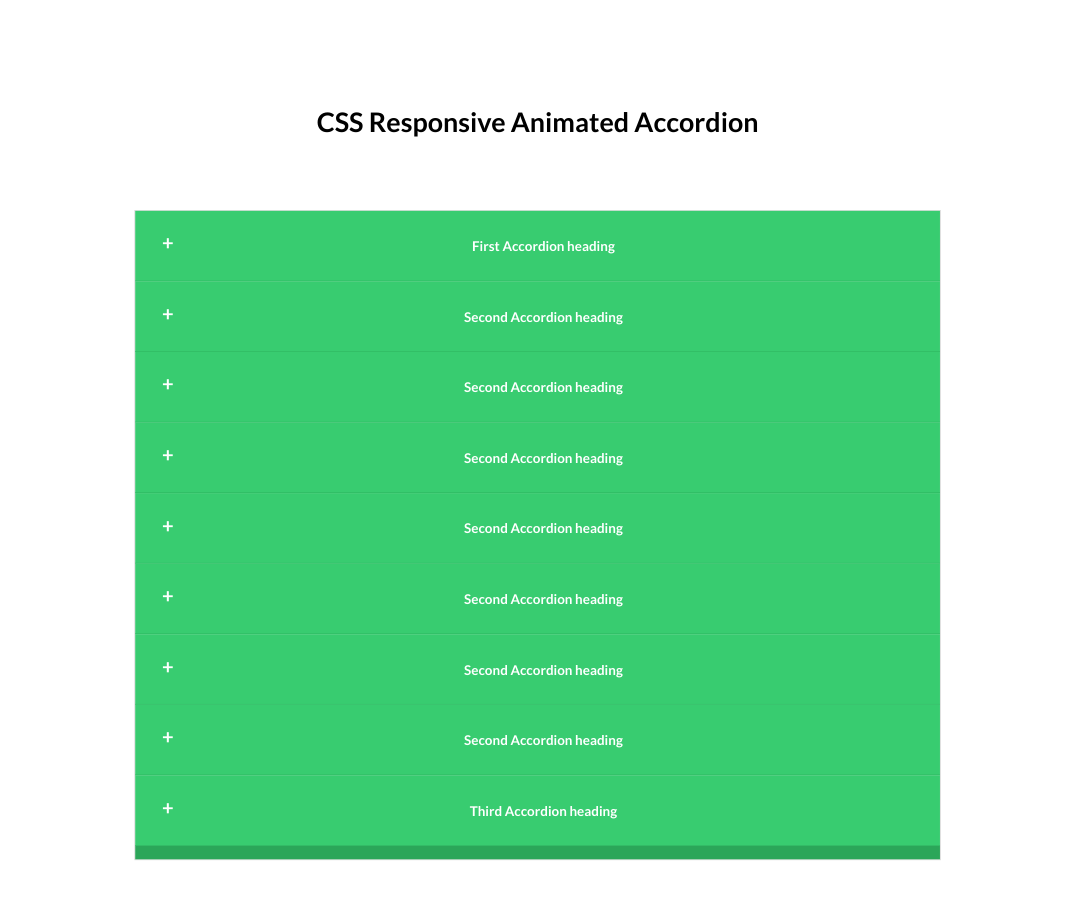
Repository: Imprasna/personalperform
Page: index.html
An editor plug-in stored every save of this project. The page is shown before and after the next save, followed by the edit.
The browser window is 1280 px wide. The pictures show the whole page, at 84% of full size.
The style sheet was rebuilt from its Sass, Less or Tailwind sources for each picture, by a compiler version that may differ from the author's.

Above is the page before, as saved 2021-12-30 22:15:10.

### index.html
<!DOCTYPE html>
<html lang="en">

<head>
    <meta charset="UTF-8">
    <meta http-equiv="X-UA-Compatible" content="IE=edge">
    <meta name="viewport" content="width=device-width, initial-scale=1.0">
    <link rel="stylesheet" href="css/accordion.css">
    <title>Prasanna's Performance Tests</title>
</head>

<body>
    <div class="container">
        <h1 class="heading-primary">CSS Responsive Animated Accordion</h1>
        <div class="accordion">
            <dl>
                <dt>
                    <a href="#accordion1" aria-expanded="false" aria-controls="accordion1"
                        class="accordion-title accordionTitle js-accordionTrigger">First Accordion heading</a>
                </dt>
                <dd class="accordion-content accordionItem is-collapsed" id="accordion1" aria-hidden="true">
                    <p>Lorem ipsum dolor sit amet, consectetur <a href="https://www.google.com">Test</a>adipiscing elit.
                        Morbi eu interdum diam. Donec interdum porttitor risus non bibendum. Maecenas sollicitudin eros
                        in quam imperdiet placerat. Cras justo purus, rhoncus nec lobortis ut, iaculis vel ipsum. Donec
                        dignissim arcu nec elit faucibus condimentum. Donec facilisis consectetur enim sit amet varius.
                        Pellentesque justo dui, sodales quis luctus a, iaculis eget mauris. </p>
                    <p>Aliquam dapibus, ante quis fringilla feugiat, mauris risus condimentum massa, at elementum libero
                        quam ac ligula. Pellentesque at rhoncus dolor. Duis porttitor nibh ut lobortis aliquam. Nullam
                        eu dolor venenatis mauris placerat tristique eget id dolor. Quisque blandit adipiscing erat
                        vitae dapibus. Nulla aliquam magna nec elementum tincidunt.</p>
                </dd>
                <dt>
                    <a href="#accordion2" aria-expanded="false" aria-controls="accordion2"
                        class="accordion-title accordionTitle js-accordionTrigger">
                        Second Accordion heading</a>
                </dt>
                <dd class="accordion-content accordionItem is-collapsed" id="accordion2" aria-hidden="true">
                    <p>Lorem ipsum dolor sit amet, consectetur adipiscing elit. Morbi eu interdum diam. Donec interdum
                        porttitor risus non bibendum. Maecenas sollicitudin eros in quam imperdiet placerat. Cras justo
                        purus, rhoncus nec lobortis ut, iaculis vel ipsum. Donec dignissim arcu nec elit faucibus
                        condimentum. Donec facilisis consectetur enim sit amet varius. Pellentesque justo dui, sodales
                        quis luctus a, iaculis eget mauris. </p>
                    <p>Aliquam dapibus, ante quis fringilla feugiat, mauris risus condimentum massa, at elementum libero
                        quam ac ligula. Pellentesque at rhoncus dolor. Duis porttitor nibh ut lobortis aliquam. Nullam
                        eu dolor venenatis mauris placerat tristique eget id dolor. Quisque blandit adipiscing erat
                        vitae dapibus. Nulla aliquam magna nec elementum tincidunt.</p>
                </dd>
                <dt>
                    <a href="#accordion2" aria-expanded="false" aria-controls="accordion2"
                        class="accordion-title accordionTitle js-accordionTrigger">
                        Second Accordion heading</a>
                </dt>
                <dd class="accordion-content accordionItem is-collapsed" id="accordion2" aria-hidden="true">
                    <p>Lorem ipsum dolor sit amet, consectetur adipiscing elit. Morbi eu interdum diam. Donec interdum
                        porttitor risus non bibendum. Maecenas sollicitudin eros in quam imperdiet placerat. Cras justo
                        purus, rhoncus nec lobortis ut, iaculis vel ipsum. Donec dignissim arcu nec elit faucibus
                        condimentum. Donec facilisis consectetur enim sit amet varius. Pellentesque justo dui, sodales
                        quis luctus a, iaculis eget mauris. </p>
                    <p>Aliquam dapibus, ante quis fringilla feugiat, mauris risus condimentum massa, at elementum libero
                        quam ac ligula. Pellentesque at rhoncus dolor. Duis porttitor nibh ut lobortis aliquam. Nullam
                        eu dolor venenatis mauris placerat tristique eget id dolor. Quisque blandit adipiscing erat
                        vitae dapibus. Nulla aliquam magna nec elementum tincidunt.</p>
                </dd>
                <dt>
                    <a href="#accordion2" aria-expanded="false" aria-controls="accordion2"
                        class="accordion-title accordionTitle js-accordionTrigger">
                        Second Accordion heading</a>
                </dt>
                <dd class="accordion-content accordionItem is-collapsed" id="accordion2" aria-hidden="true">
                    <p>Lorem ipsum dolor sit amet, consectetur adipiscing elit. Morbi eu interdum diam. Donec interdum
                        porttitor risus non bibendum. Maecenas sollicitudin eros in quam imperdiet placerat. Cras justo
                        purus, rhoncus nec lobortis ut, iaculis vel ipsum. Donec dignissim arcu nec elit faucibus
                        condimentum. Donec facilisis consectetur enim sit amet varius. Pellentesque justo dui, sodales
                        quis luctus a, iaculis eget mauris. </p>
                    <p>Aliquam dapibus, ante quis fringilla feugiat, mauris risus condimentum massa, at elementum libero
                        quam ac ligula. Pellentesque at rhoncus dolor. Duis porttitor nibh ut lobortis aliquam. Nullam
                        eu dolor venenatis mauris placerat tristique eget id dolor. Quisque blandit adipiscing erat
                        vitae dapibus. Nulla aliquam magna nec elementum tincidunt.</p>
                </dd>
                <dt>
                    <a href="#accordion2" aria-expanded="false" aria-controls="accordion2"
                        class="accordion-title accordionTitle js-accordionTrigger">
                        Second Accordion heading</a>
                </dt>
                <dd class="accordion-content accordionItem is-collapsed" id="accordion2" aria-hidden="true">
                    <p>Lorem ipsum dolor sit amet, consectetur adipiscing elit. Morbi eu interdum diam. Donec interdum
                        porttitor risus non bibendum. Maecenas sollicitudin eros in quam imperdiet placerat. Cras justo
                        purus, rhoncus nec lobortis ut, iaculis vel ipsum. Donec dignissim arcu nec elit faucibus
                        condimentum. Donec facilisis consectetur enim sit amet varius. Pellentesque justo dui, sodales
                        quis luctus a, iaculis eget mauris. </p>
                    <p>Aliquam dapibus, ante quis fringilla feugiat, mauris risus condimentum massa, at elementum libero
                        quam ac ligula. Pellentesque at rhoncus dolor. Duis porttitor nibh ut lobortis aliquam. Nullam
                        eu dolor venenatis mauris placerat tristique eget id dolor. Quisque blandit adipiscing erat
                        vitae dapibus. Nulla aliquam magna nec elementum tincidunt.</p>
                </dd>
                <dt>
                    <a href="#accordion2" aria-expanded="false" aria-controls="accordion2"
                        class="accordion-title accordionTitle js-accordionTrigger">
                        Second Accordion heading</a>
                </dt>
                <dd class="accordion-content accordionItem is-collapsed" id="accordion2" aria-hidden="true">
                    <p>Lorem ipsum dolor sit amet, consectetur adipiscing elit. Morbi eu interdum diam. Donec interdum
                        porttitor risus non bibendum. Maecenas sollicitudin eros in quam imperdiet placerat. Cras justo
                        purus, rhoncus nec lobortis ut, iaculis vel ipsum. Donec dignissim arcu nec elit faucibus
                        condimentum. Donec facilisis consectetur enim sit amet varius. Pellentesque justo dui, sodales
                        quis luctus a, iaculis eget mauris. </p>
                    <p>Aliquam dapibus, ante quis fringilla feugiat, mauris risus condimentum massa, at elementum libero
                        quam ac ligula. Pellentesque at rhoncus dolor. Duis porttitor nibh ut lobortis aliquam. Nullam
                        eu dolor venenatis mauris placerat tristique eget id dolor. Quisque blandit adipiscing erat
                        vitae dapibus. Nulla aliquam magna nec elementum tincidunt.</p>
                </dd>
                <dt>
                    <a href="#accordion2" aria-expanded="false" aria-controls="accordion2"
                        class="accordion-title accordionTitle js-accordionTrigger">
                        Second Accordion heading</a>
                </dt>
                <dd class="accordion-content accordionItem is-collapsed" id="accordion2" aria-hidden="true">
                    <p>Lorem ipsum dolor sit amet, consectetur adipiscing elit. Morbi eu interdum diam. Donec interdum
                        porttitor risus non bibendum. Maecenas sollicitudin eros in quam imperdiet placerat. Cras justo
                        purus, rhoncus nec lobortis ut, iaculis vel ipsum. Donec dignissim arcu nec elit faucibus
                        condimentum. Donec facilisis consectetur enim sit amet varius. Pellentesque justo dui, sodales
                        quis luctus a, iaculis eget mauris. </p>
                    <p>Aliquam dapibus, ante quis fringilla feugiat, mauris risus condimentum massa, at elementum libero
                        quam ac ligula. Pellentesque at rhoncus dolor. Duis porttitor nibh ut lobortis aliquam. Nullam
                        eu dolor venenatis mauris placerat tristique eget id dolor. Quisque blandit adipiscing erat
                        vitae dapibus. Nulla aliquam magna nec elementum tincidunt.</p>
                </dd>
                <dt>
                    <a href="#accordion2" aria-expanded="false" aria-controls="accordion2"
                        class="accordion-title accordionTitle js-accordionTrigger">
                        Second Accordion heading</a>
                </dt>
                <dd class="accordion-content accordionItem is-collapsed" id="accordion2" aria-hidden="true">
                    <p>Lorem ipsum dolor sit amet, consectetur adipiscing elit. Morbi eu interdum diam. Donec interdum
                        porttitor risus non bibendum. Maecenas sollicitudin eros in quam imperdiet placerat. Cras justo
                        purus, rhoncus nec lobortis ut, iaculis vel ipsum. Donec dignissim arcu nec elit faucibus
                        condimentum. Donec facilisis consectetur enim sit amet varius. Pellentesque justo dui, sodales
                        quis luctus a, iaculis eget mauris. </p>
                    <p>Aliquam dapibus, ante quis fringilla feugiat, mauris risus condimentum massa, at elementum libero
                        quam ac ligula. Pellentesque at rhoncus dolor. Duis porttitor nibh ut lobortis aliquam. Nullam
                        eu dolor venenatis mauris placerat tristique eget id dolor. Quisque blandit adipiscing erat
                        vitae dapibus. Nulla aliquam magna nec elementum tincidunt.</p>
                </dd>
                <dt>
                    <a href="#accordion3" aria-expanded="false" aria-controls="accordion3"
                        class="accordion-title accordionTitle js-accordionTrigger">
                        Third Accordion heading
                    </a>
                </dt>
                <dd class="accordion-content accordionItem is-collapsed" id="accordion3" aria-hidden="true">
                    <p>Lorem ipsum dolor sit amet, consectetur adipiscing elit. Morbi eu interdum diam. Donec interdum
                        porttitor risus non bibendum. Maecenas sollicitudin eros in quam imperdiet placerat. Cras justo
                        purus, rhoncus nec lobortis ut, iaculis vel ipsum. Donec dignissim arcu nec elit faucibus
                        condimentum. Donec facilisis consectetur enim sit amet varius. Pellentesque justo dui, sodales
                        quis luctus a, iaculis eget mauris. </p>
                    <p>Aliquam dapibus, ante quis fringilla feugiat, mauris risus condimentum massa, at elementum libero
                        quam ac ligula. Pellentesque at rhoncus dolor. Duis porttitor nibh ut lobortis aliquam. Nullam
                        eu dolor venenatis mauris placerat tristique eget id dolor. Quisque blandit adipiscing erat
                        vitae dapibus. Nulla aliquam magna nec elementum tincidunt.</p>
                </dd>
            </dl>
        </div>
    </div>

    <script src="app.js"></script>
</body>

</html>

### app.js
//uses classList, setAttribute, and querySelectorAll
//if you want this to work in IE8/9 youll need to polyfill these
(function(){
	var d = document,
	accordionToggles = d.querySelectorAll('.js-accordionTrigger'),
	setAria,
	setAccordionAria,
	switchAccordion,
  touchSupported = ('ontouchstart' in window),
  pointerSupported = ('pointerdown' in window);

  skipClickDelay = function(e){
    e.preventDefault();
    e.target.click();
  }

		setAriaAttr = function(el, ariaType, newProperty){
		el.setAttribute(ariaType, newProperty);
	};
	setAccordionAria = function(el1, el2, expanded){
		switch(expanded) {
      case "true":
      	setAriaAttr(el1, 'aria-expanded', 'true');
      	setAriaAttr(el2, 'aria-hidden', 'false');
      	break;
      case "false":
      	setAriaAttr(el1, 'aria-expanded', 'false');
      	setAriaAttr(el2, 'aria-hidden', 'true');
      	break;
      default:
				break;
		}
	};
//function
switchAccordion = function(e) {
  console.log("triggered");
	e.preventDefault();
	var thisAnswer = e.target.parentNode.nextElementSibling;
	var thisQuestion = e.target;
	if(thisAnswer.classList.contains('is-collapsed')) {
		setAccordionAria(thisQuestion, thisAnswer, 'true');
	} else {
		setAccordionAria(thisQuestion, thisAnswer, 'false');
	}
  	thisQuestion.classList.toggle('is-collapsed');
  	thisQuestion.classList.toggle('is-expanded');
		thisAnswer.classList.toggle('is-collapsed');
		thisAnswer.classList.toggle('is-expanded');

  	thisAnswer.classList.toggle('animateIn');
	};
	for (var i=0,len=accordionToggles.length; i<len; i++) {
		if(touchSupported) {
      accordionToggles[i].addEventListener('touchstart', skipClickDelay, false);
    }
    if(pointerSupported){
      accordionToggles[i].addEventListener('pointerdown', skipClickDelay, false);
    }
    accordionToggles[i].addEventListener('click', switchAccordion, false);
  }
})();

### accordion.scss

//updated ver
* {
    box-sizing:border-box;
  }
  @import url(https://fonts.googleapis.com/css?family=Lato:400,700);
  body {

    font-family:'Lato';
  }
  .heading-primary {
    font-size:2em;
    padding:2em;
    text-align:center;
  }
  .accordion dl,
  .accordion-list {
     border:1px solid #ddd;
     &:after {
         content: "";
         display:block;
         height:1em;
         width:100%;
         background-color:darken(#38cc70, 10%);
       }
  }
  .accordion dd,
  .accordion__panel {
     background-color:#eee;
     font-size:1em;
     line-height:1.5em;
  }
  .accordion p {
    padding:1em 2em 1em 2em;
  }

  .accordion {
      position:relative;
      background-color:#eee;
  }
  .container {
    max-width:960px;
    margin:0 auto;
    padding:2em 0 2em 0;
  }
  .accordionTitle,
  .accordion__Heading {
   background-color:#38cc70;
     text-align:center;
       font-weight:700;
            padding:2em;
            display:block;
            text-decoration:none;
            color:#fff;
            transition:background-color 0.5s ease-in-out;
    border-bottom:1px solid darken(#38cc70, 5%);
    &:before {
     content: "+";
     font-size:1.5em;
     line-height:0.5em;
     float:left;
     transition: transform 0.3s ease-in-out;
    }
    &:hover {
      background-color:darken(#38cc70, 10%);
    }
  }
  .accordionTitleActive,
  .accordionTitle.is-expanded {
     background-color:darken(#38cc70, 10%);
      &:before {

        transform:rotate(-225deg);
      }
  }
  .accordionItem {
      height:auto;
      overflow:hidden;
      //SHAME: magic number to allow the accordion to animate

       max-height:50em;
      transition:max-height 1s;


      @media screen and (min-width:48em) {
           max-height:15em;
          transition:max-height 0.5s

      }


  }

  .accordionItem.is-collapsed {
      max-height:0;
  }
  .no-js .accordionItem.is-collapsed {
    max-height: auto;
  }
  .animateIn {
       animation: accordionIn 0.45s normal ease-in-out both 1;
  }
  .animateOut {
       animation: accordionOut 0.45s alternate ease-in-out both 1;
  }
  @keyframes accordionIn {
    0% {
      opacity: 0;
      transform:scale(0.9) rotateX(-60deg);
      transform-origin: 50% 0;
    }
    100% {
      opacity:1;
      transform:scale(1);
    }
  }

  @keyframes accordionOut {
      0% {
         opacity: 1;
         transform:scale(1);
       }
       100% {
            opacity:0;
             transform:scale(0.9) rotateX(-60deg);
         }
  }

After the next save:
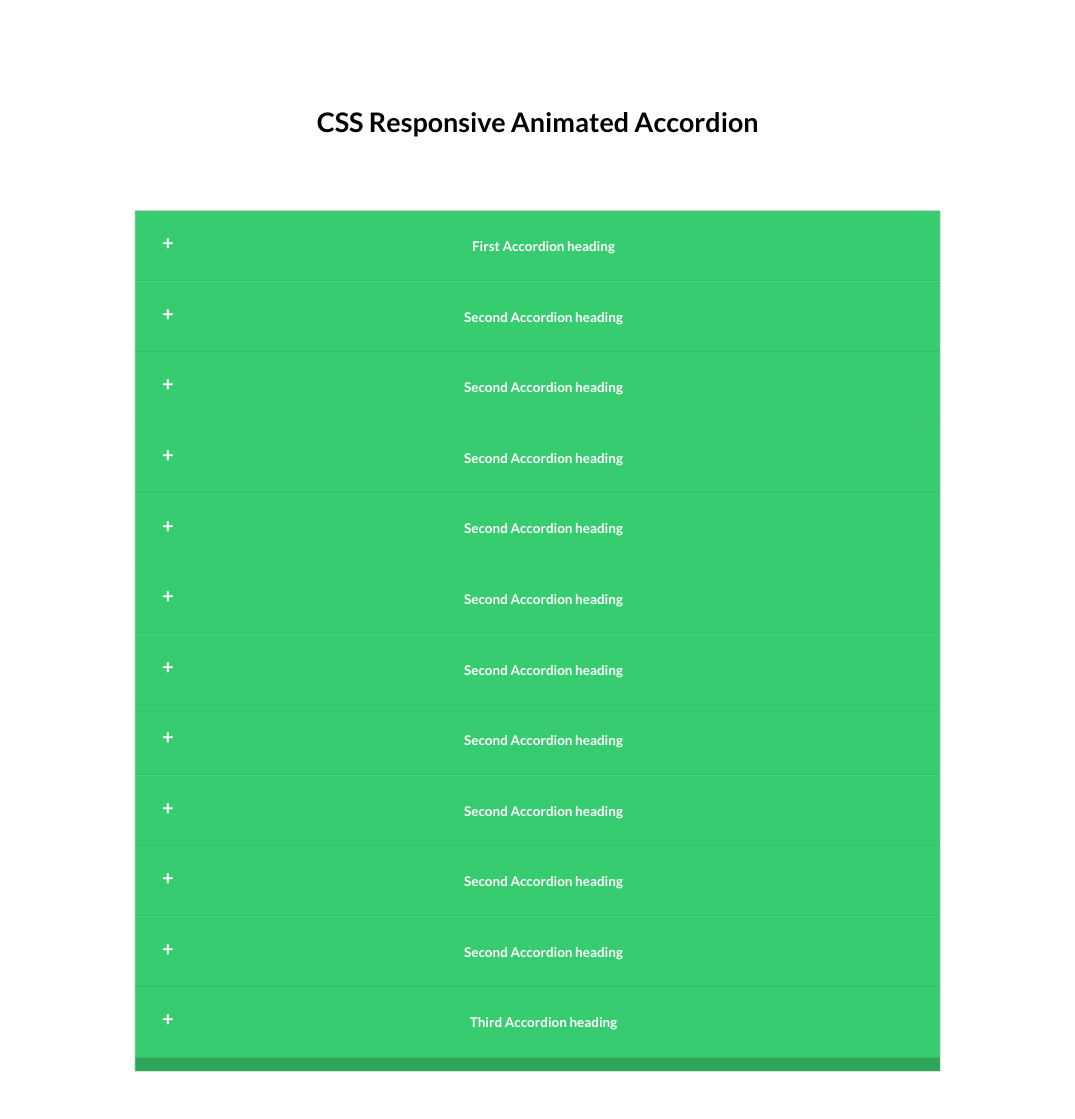
Saved 9 s later.
--- a/index.html
+++ b/index.html
@@ -142,6 +142,54 @@
                         vitae dapibus. Nulla aliquam magna nec elementum tincidunt.</p>
                 </dd>
                 <dt>
+                    <a href="#accordion2" aria-expanded="false" aria-controls="accordion2"
+                        class="accordion-title accordionTitle js-accordionTrigger">
+                        Second Accordion heading</a>
+                </dt>
+                <dd class="accordion-content accordionItem is-collapsed" id="accordion2" aria-hidden="true">
+                    <p>Lorem ipsum dolor sit amet, consectetur adipiscing elit. Morbi eu interdum diam. Donec interdum
+                        porttitor risus non bibendum. Maecenas sollicitudin eros in quam imperdiet placerat. Cras justo
+                        purus, rhoncus nec lobortis ut, iaculis vel ipsum. Donec dignissim arcu nec elit faucibus
+                        condimentum. Donec facilisis consectetur enim sit amet varius. Pellentesque justo dui, sodales
+                        quis luctus a, iaculis eget mauris. </p>
+                    <p>Aliquam dapibus, ante quis fringilla feugiat, mauris risus condimentum massa, at elementum libero
+                        quam ac ligula. Pellentesque at rhoncus dolor. Duis porttitor nibh ut lobortis aliquam. Nullam
+                        eu dolor venenatis mauris placerat tristique eget id dolor. Quisque blandit adipiscing erat
+                        vitae dapibus. Nulla aliquam magna nec elementum tincidunt.</p>
+                </dd>
+                <dt>
+                    <a href="#accordion2" aria-expanded="false" aria-controls="accordion2"
+                        class="accordion-title accordionTitle js-accordionTrigger">
+                        Second Accordion heading</a>
+                </dt>
+                <dd class="accordion-content accordionItem is-collapsed" id="accordion2" aria-hidden="true">
+                    <p>Lorem ipsum dolor sit amet, consectetur adipiscing elit. Morbi eu interdum diam. Donec interdum
+                        porttitor risus non bibendum. Maecenas sollicitudin eros in quam imperdiet placerat. Cras justo
+                        purus, rhoncus nec lobortis ut, iaculis vel ipsum. Donec dignissim arcu nec elit faucibus
+                        condimentum. Donec facilisis consectetur enim sit amet varius. Pellentesque justo dui, sodales
+                        quis luctus a, iaculis eget mauris. </p>
+                    <p>Aliquam dapibus, ante quis fringilla feugiat, mauris risus condimentum massa, at elementum libero
+                        quam ac ligula. Pellentesque at rhoncus dolor. Duis porttitor nibh ut lobortis aliquam. Nullam
+                        eu dolor venenatis mauris placerat tristique eget id dolor. Quisque blandit adipiscing erat
+                        vitae dapibus. Nulla aliquam magna nec elementum tincidunt.</p>
+                </dd>
+                <dt>
+                    <a href="#accordion2" aria-expanded="false" aria-controls="accordion2"
+                        class="accordion-title accordionTitle js-accordionTrigger">
+                        Second Accordion heading</a>
+                </dt>
+                <dd class="accordion-content accordionItem is-collapsed" id="accordion2" aria-hidden="true">
+                    <p>Lorem ipsum dolor sit amet, consectetur adipiscing elit. Morbi eu interdum diam. Donec interdum
+                        porttitor risus non bibendum. Maecenas sollicitudin eros in quam imperdiet placerat. Cras justo
+                        purus, rhoncus nec lobortis ut, iaculis vel ipsum. Donec dignissim arcu nec elit faucibus
+                        condimentum. Donec facilisis consectetur enim sit amet varius. Pellentesque justo dui, sodales
+                        quis luctus a, iaculis eget mauris. </p>
+                    <p>Aliquam dapibus, ante quis fringilla feugiat, mauris risus condimentum massa, at elementum libero
+                        quam ac ligula. Pellentesque at rhoncus dolor. Duis porttitor nibh ut lobortis aliquam. Nullam
+                        eu dolor venenatis mauris placerat tristique eget id dolor. Quisque blandit adipiscing erat
+                        vitae dapibus. Nulla aliquam magna nec elementum tincidunt.</p>
+                </dd>
+                <dt>
                     <a href="#accordion3" aria-expanded="false" aria-controls="accordion3"
                         class="accordion-title accordionTitle js-accordionTrigger">
                         Third Accordion heading
